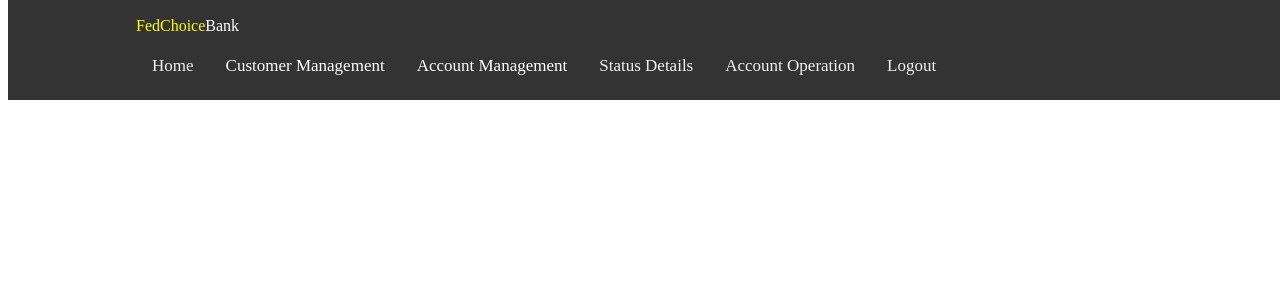
Repository: gopikavinod/RBM
Page: http://localhost/Hospital_Management_System/test.jsp
These files come from the project's save history. The page is drawn as it stood at one moment and after the next save; the edit follows.
The browser window is 1280 px wide. The pictures show the whole page.
The page is served by Tomcat 9. Other server files are loaded and not shown.

Above is the page before, as saved 2020-06-27 06:29:10.

### eclipse-workspace/Hospital Management System/WebContent/test.jsp
<%@ page language="java" contentType="text/html; charset=ISO-8859-1"
    pageEncoding="ISO-8859-1"%>
<!DOCTYPE html>
<html>
<head>
<meta charset="ISO-8859-1">
<title>TATA Hospital Management System</title>
<style>
    /* Add some padding on document's body to prevent the content
    to go underneath the header and footer */
    body{
        padding-top: 60px;
        padding-bottom: 40px;
    }
    .container{
        width: 80%;
        margin: 0 auto; /* Center the DIV horizontally */
    }
    .fixed-header, .fixed-footer{
        width: 100%;
        position: fixed;
        background: #333;
        padding: 10px 0;
        color: #fff;
    }
    .fixed-header{
        top: 0;
    }
    .fixed-footer{
        bottom: 0;
    }
    /* Some more styles to beutify this example */
    nav a{
        color: #fff;
        text-decoration: none;
        padding: 7px 25px;
        display: inline-block;
    }
    .container p{
        line-height: 200px; /* Create scrollbar to test positioning */
    }
    p.detail
    {
    color:yellow;
    line-height: 0px;
    }
    span.name{
    	color:white;
    }
    tr
    {
    height: 40px;
    }
    span.aestric
    {
    color: red;
    }
    .topnav {
  overflow: hidden;
  background-color: #333;
}

.topnav a {
  float: left;
  display: block;
  color: #f2f2f2;
  text-align: center;
  padding: 14px 16px;
  text-decoration: none;
  font-size: 17px;
}
    .dropdown {
  float: left;
  overflow: hidden;
}
.dropdown .dropbtn {
  font-size: 17px;
  border: none;
  outline: none;
  color: white;
  padding: 14px 16px;
  background-color: inherit;
  font-family: inherit;
  margin: 0;
}

.dropdown-content {
  display: none;
  position: absolute;
  background-color: #f9f9f9;
  min-width: 160px;
  box-shadow: 0px 8px 16px 0px rgba(0,0,0,0.2);
  z-index: 1;
}

.dropdown-content a {
  float: none;
  color: black;
  padding: 12px 16px;
  text-decoration: none;
  display: block;
  text-align: left;
}

.topnav a:hover, .dropdown:hover .dropbtn {
  background-color: #555;
  color: white;
}

.dropdown-content a:hover {
  background-color: #ddd;
  color: black;
}

.dropdown:hover .dropdown-content {
  display: block;
}

</style>
<script>

function disableBackButton()
 {
  //location.href("logout.html");

 }
if(window.history.forward(1) != null)
         window.history.forward(1);
</script>
</head>

<body>

 <div class="fixed-header">
        <div class="container">
            <nav>
          <p class="detail">FedChoice<span class="name">Bank</span></p>
          <div class="topnav" id="myTopnav" display="none">
                <a href="#">Home</a>
                <div class="dropdown">
    <button class="dropbtn">Customer Management
      <i class="fa fa-caret-down"></i>
    </button>
    <div class="dropdown-content">
      <a href="/Retail_Bank_Management/userLogged.jsp">Create Customer</a>
      <a href="/Retail_Bank_Management/updateCustomer.jsp">Update Customer</a>
      <a href="/Retail_Bank_Management/deleteCustomer.jsp">Delete Customer</a>
      <a href="/Retail_Bank_Management/customerStatus.jsp">View Customer Details</a>
    </div>
    </div>

   <div class="dropdown">
    <button class="dropbtn">Account Management
      <i class="fa fa-caret-down"></i>
    </button>
    <div class="dropdown-content">
      <a href="#">Add Account</a>
      <a href="#">Update Account</a>
      <a href="#">Delete Account</a>
      <a href="#">View Account Details</a>
    </div>
    </div>


                <a href="#">Status Details</a>
                <a href="#">Account Operation</a>
                 <a href="/Retail_Bank_Management/LogoutServlet" onclick="disableBackButton()">Logout</a>
          </div>
            </nav>
        </div>
    </div>
</body>

</html>

After the next save:
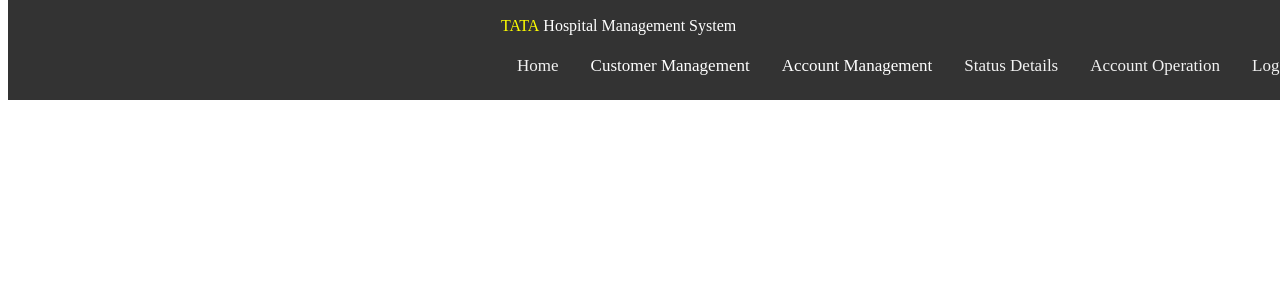
Saved 2 min 17 s later.
--- a/eclipse-workspace/Hospital Management System/WebContent/test.jsp
+++ b/eclipse-workspace/Hospital Management System/WebContent/test.jsp
@@ -132,9 +132,9 @@
 <body>
 
  <div class="fixed-header">
-        <div class="container">
+        <div class="container" style="padding-left: 493px;">
             <nav>
-          <p class="detail">FedChoice<span class="name">Bank</span></p>
+         <p class="detail" >TATA<span class="name">&nbsp;Hospital Management System</span></p>
           <div class="topnav" id="myTopnav" display="none">
                 <a href="#">Home</a>
                 <div class="dropdown">
